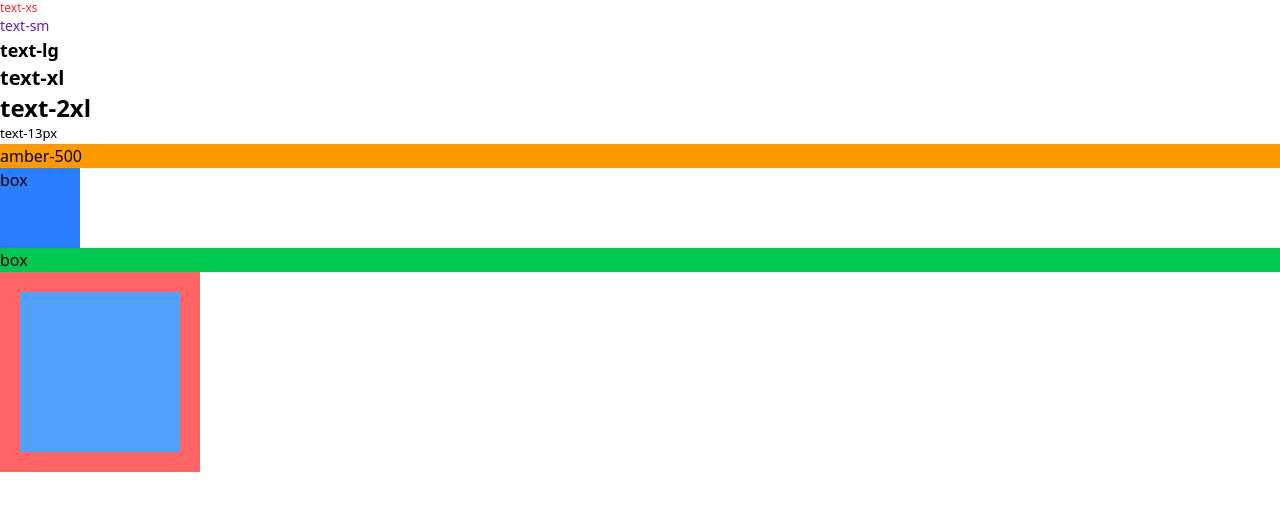
Repository: kkhhjjoo/onebite-tailwind
Page: /
An editor plug-in stored every save of this project. The page is shown before and after the next save, followed by the edit.
The browser window is 1280 px wide. The pictures show the whole page.
The project was rebuilt for these pictures with package versions that can differ from the ones it lists, and the page was loaded fresh each time. Also part of the build but not shown: vite.config.ts, src/App.css.

Above is the page before, as saved 2025-12-24 19:47:22.

### src/main.tsx
import { createRoot } from 'react-dom/client'
import './index.css'
import App from './App.tsx'

createRoot(document.getElementById('root')!).render(<App />);

### src/App.tsx
import "./App.css";

function App() {
  return (
    <div>
      {/* 1. 타이포그래프 */}
      <div className="text-xs text-red-500">text-xs</div>
      <div className="text-sm text-[rgb(100,30,200)]">text-sm</div>
      <div className="text-lg font-bold">text-lg</div>
      <div className="text-xl font-extrabold">text-xl</div>
      <div className="text-2xl font-black">text-2xl</div>
      <div className="text-[13px]">text-13px</div>

      {/* 2. 백그라운드 컬러 */}
      <div className="bg-amber-500">amber-500</div>

      {/* 3. 사이즈 */}
      <div className="h-20 w-20 bg-blue-500">box</div>
      <div className="w-full bg-green-500">box</div>

      {/* 4. 여백 */}
      <div className="h-50 w-50 bg-red-400 p-5">
        <div className="h-full w-full bg-blue-400"></div>
      </div>
    </div>
  );
}

export default App;

Loaded but not shown: index.html (common file); src/index.css (common file)

After the next save:
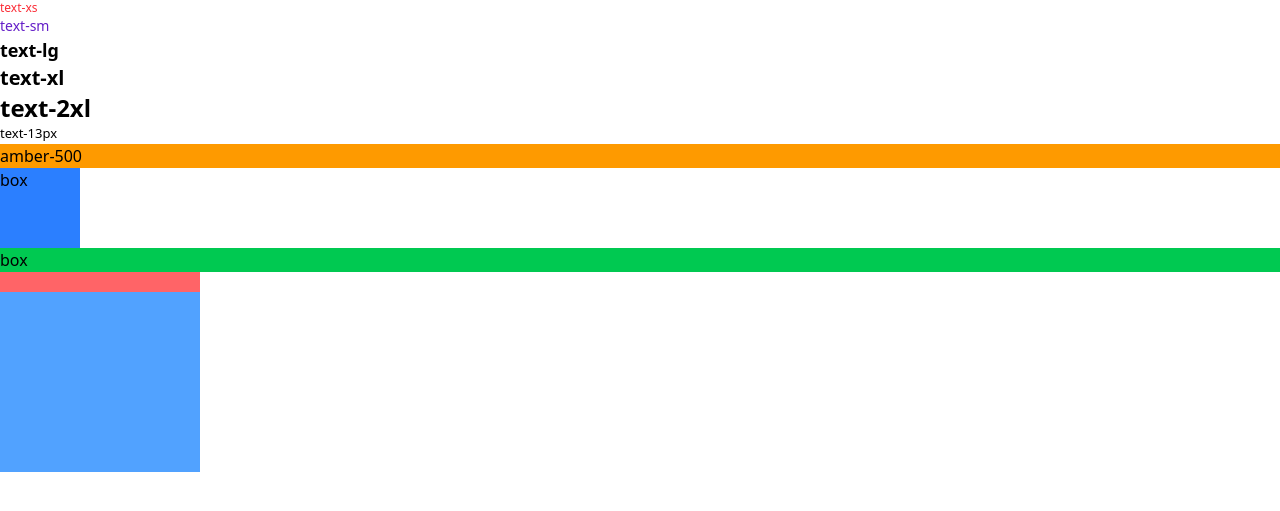
Saved 39 s later.
--- a/src/App.tsx
+++ b/src/App.tsx
@@ -19,7 +19,7 @@ function App() {
       <div className="w-full bg-green-500">box</div>
 
       {/* 4. 여백 */}
-      <div className="h-50 w-50 bg-red-400 p-5">
+      <div className="h-50 w-50 bg-red-400 pt-5">
         <div className="h-full w-full bg-blue-400"></div>
       </div>
     </div>
